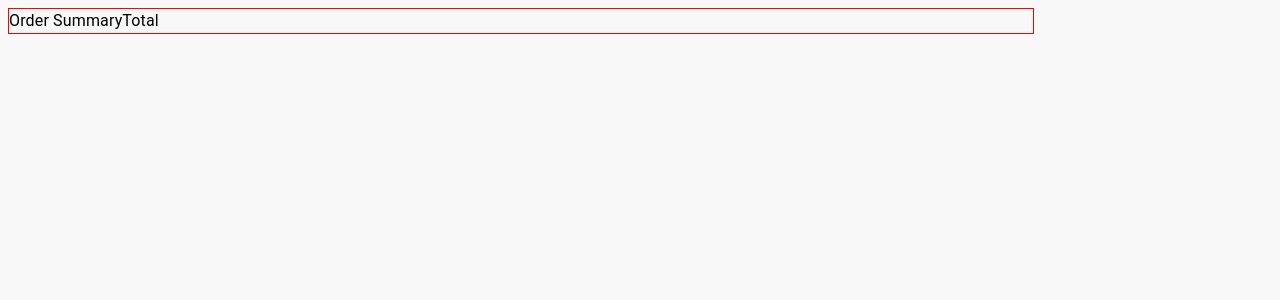
Repository: Armstrong2035/hng-project-two
Page: /checkout (app in timbu-store/)
These files come from the project's save history. The page is drawn as it stood at one moment and after the next save; the edit follows.
The browser window is 1280 px wide. The pictures show the whole page.
The project was rebuilt for these pictures with package versions that can differ from the ones it lists, and the page was loaded fresh each time. The framework's server and built-in components were replaced by stand-ins that run in the browser. Also part of the build but not shown: timbu-store/next.config.mjs.

Above is the page before, as saved 2024-07-07 09:18:04.

After the next save:
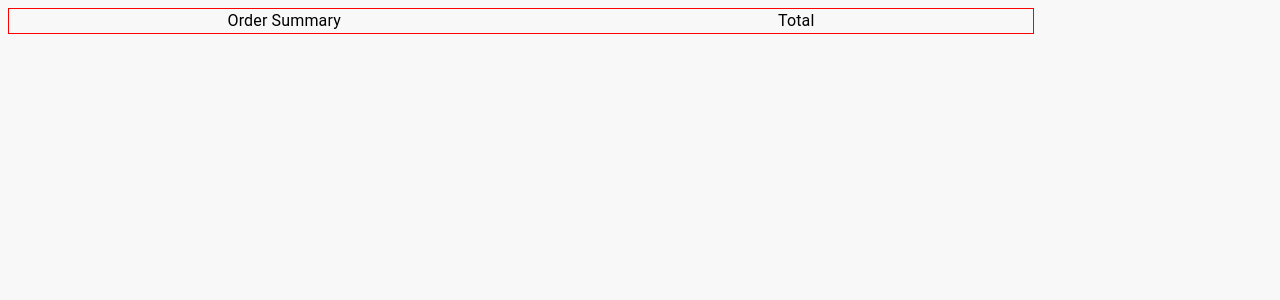
Saved 16 s later.
--- a/timbu-store/components/checkout/CheckOut.js
+++ b/timbu-store/components/checkout/CheckOut.js
@@ -14,6 +14,7 @@ export default function CheckOut() {
           width: "80vw",
           border: "1px solid red",
           display: "flex",
+          justifyContent: "space-around",
         }}
       >
         <Typography>Order Summary</Typography>
